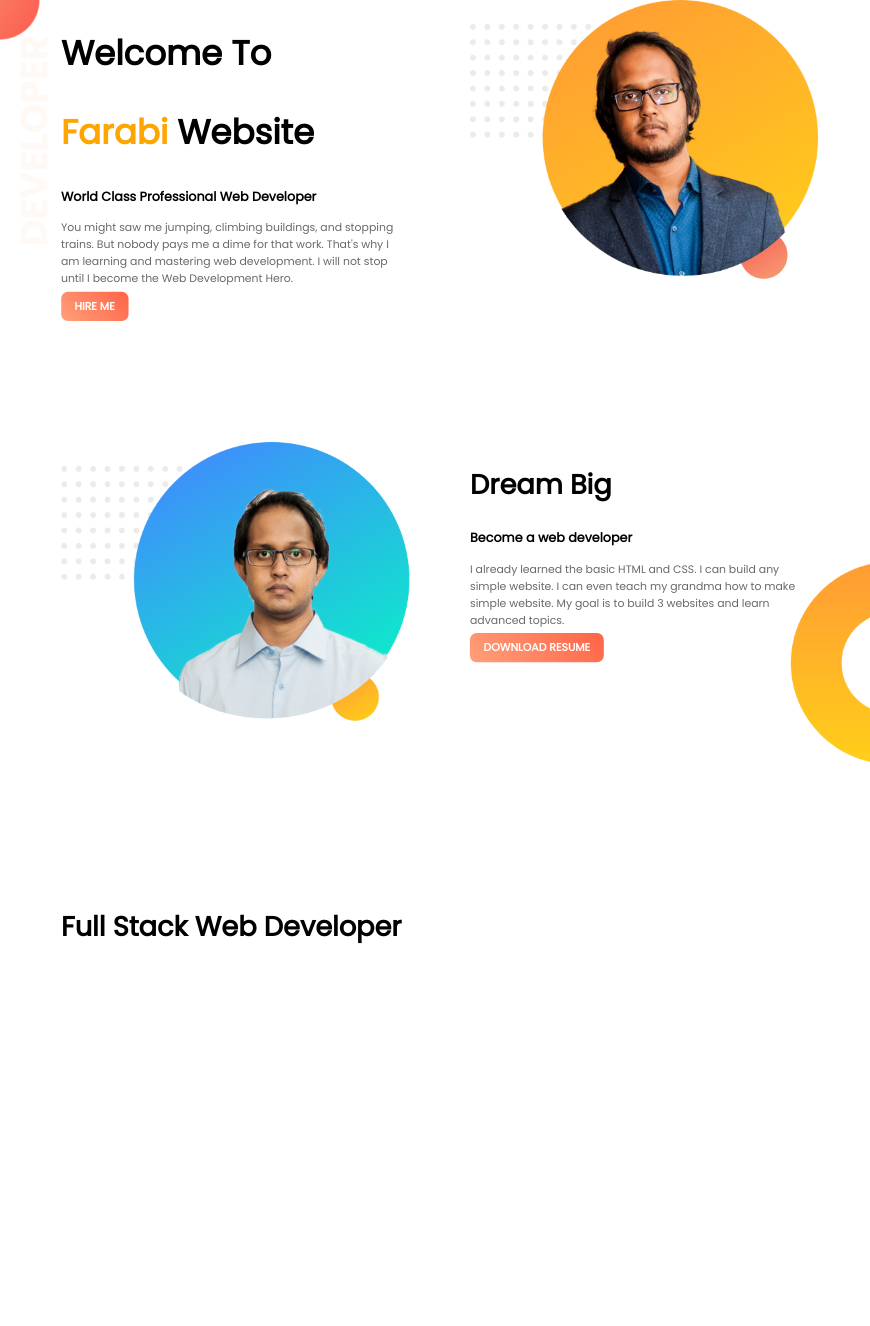
Repository: mohsinfarabi/web-portfolio
Page: index.html
These files come from the project's save history. The page is drawn as it stood at one moment and after the next save; the edit follows.
The browser window is 1280 px wide. The pictures show the whole page, at 68% of full size.

Above is the page before, as saved 2020-06-30 23:42:42.

### index.html
<!DOCTYPE html>
<html lang="en">

<head>
    <meta charset="UTF-8">
    <meta name="viewport" content="width=device-width, initial-scale=1.0">
    <link href="https://fonts.googleapis.com/css2?family=Poppins" rel="stylesheet">
    <title>Farabi Web Developer</title>
    <link rel="stylesheet" href="style.css">
</head>

<body>
    <section class="top-banner">
        <div class="half-width">
            <h1>Welcome To</h1>
            <h1><span class="name-highlight">Farabi</span> Website</h1>
            <h3>World Class Professional Web Developer</h3>
            <p>You might saw me jumping, climbing buildings, and stopping trains. But nobody pays me a dime for that work. That's why I am learning and mastering web development. I will not stop until I become the Web Development Hero.</p>
            <a class="link-button" target="_blank" href="https://www.linkedin.com/in/mohsin-farabi-68655040/">HIRE ME</a>
        </div>
        <div class="half-width">
            <img src="images/profile1.png" alt="">
        </div>
    </section>
    <section class="dream-area">
        <div class="half-width">
            <img src="images/profile2.png" alt="">
        </div>
        <div class="half-width">
            <h2>Dream Big</h2>
            <h3>Become a web developer</h3>
            <p>I already learned the basic HTML and CSS. I can build any simple website. I can even teach my grandma how to make simple website. My goal is to build 3 websites and learn advanced topics.</p>
            <a class="link-button" target="_blank" href="https://www.linkedin.com/in/mohsin-farabi-68655040/">DOWNLOAD RESUME</a>
        </div>

    </section>
    <section class="experience-area">
        <div class="half-width">
            <h2>Full Stack Web Developer</h2>
        </div>
        <div class="half-width">

        </div>
    </section>
</body>

</html>

### style.css
body {
    margin: 0;
    font-family: 'Poppins', sans-serif;
}

h1 {
    font-size: 50px;
}

h2 {
    font-size: 40px;
}

p {
    color: dimgray;
}

.name-highlight {
    color: orange;
}

.half-width {
    width: 40%;
    float: left;
    margin-left: 5%;
    padding-left: 2%;
}

.half-width img {
    width: 100%;
}

.top-banner {
    background-image: url(images/top-banner.png);
    background-repeat: no-repeat;
}

.dream-area {
    background-image: url(images/dream-bg.png);
    background-repeat: no-repeat;
    background-position: right;
}

section {
    height: 500px;
    padding-bottom: 150px;
}

.link-button {
    text-decoration: none;
    background-image: linear-gradient(45deg, lightSalmon, tomato);
    padding: 10px 20px;
    border-radius: 10px;
    color: white;
    font-weight: 700;
}

After the next save:
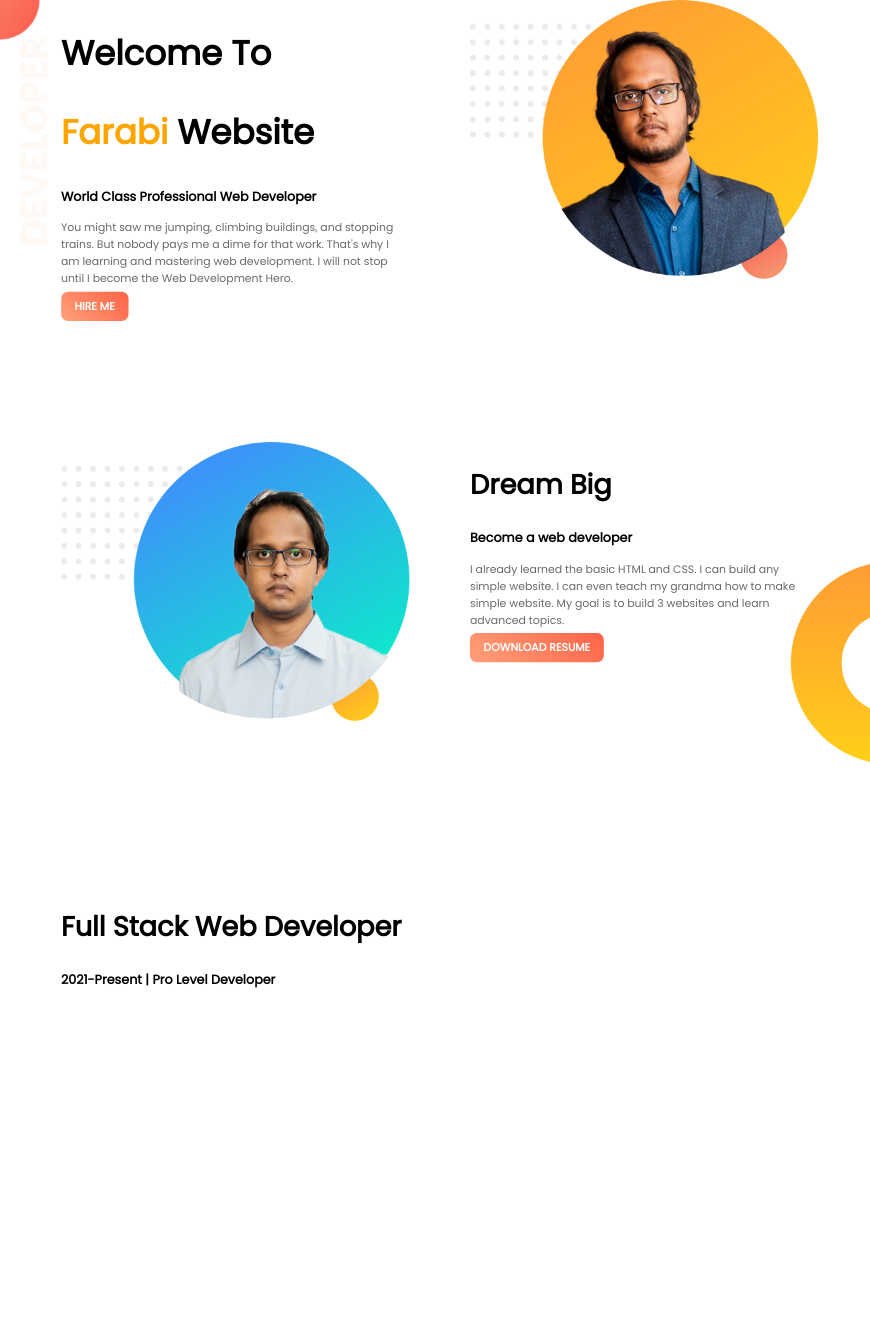
Saved 16 s later.
--- a/index.html
+++ b/index.html
@@ -37,6 +37,7 @@
     <section class="experience-area">
         <div class="half-width">
             <h2>Full Stack Web Developer</h2>
+            <h3>2021-Present | Pro Level Developer</h3>
         </div>
         <div class="half-width">
 
